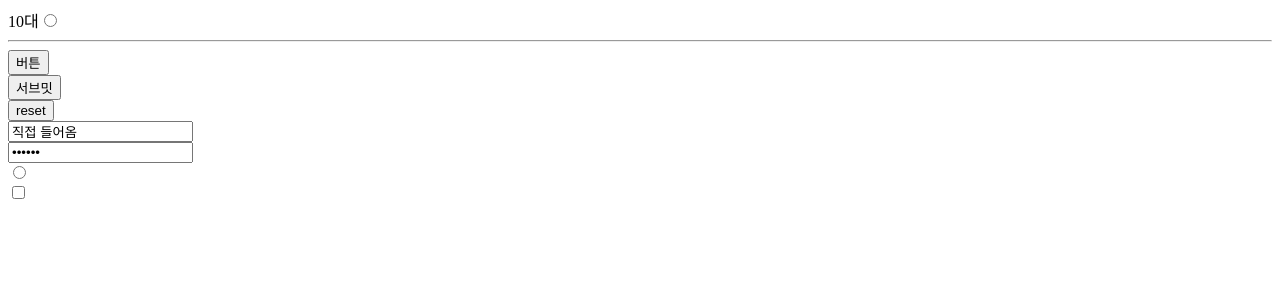
Repository: basstpgns/20201029html
Page: jsp/html/test02.html
These files come from the project's save history. The page is drawn as it stood at one moment and after the next save; the edit follows.
The browser window is 1280 px wide. The pictures show the whole page.

Above is the page before, as saved 2020-10-30 00:49:23.

### jsp/html/test02.html
<!DOCTYPE html>
<html>
<head>
<meta charset="EUC-KR">
<title>Insert title here</title>
</head>
<body>
10대<input type="radio">
<hr>
	<input type="button" value="버튼"><br>
	<input type="submit" value="서브밋"><br>
	<input type="reset" value="reset"><br>
	<input type="text" value="직접 들어옴"><br>
	<input type="password" value="직접 들어옴"><br>
	<input type="radio" value=""><br>
	<input type="checkbox" value=""><br>
</body>
</html>

After the next save:
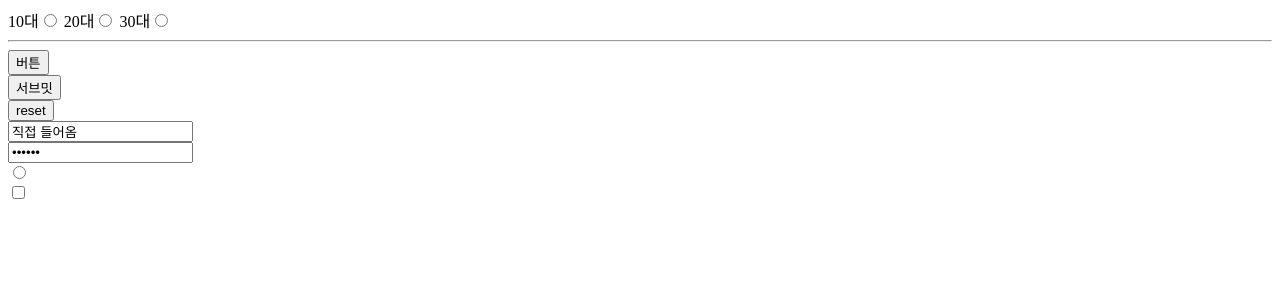
Saved 4 s later.
--- a/jsp/html/test02.html
+++ b/jsp/html/test02.html
@@ -6,6 +6,8 @@
 </head>
 <body>
 10대<input type="radio">
+20대<input type="radio">
+30대<input type="radio">
 <hr>
 	<input type="button" value="버튼"><br>
 	<input type="submit" value="서브밋"><br>
